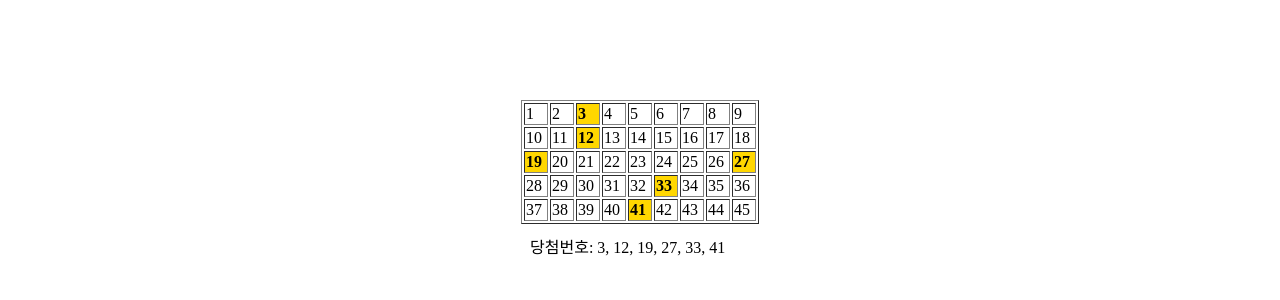
Repository: kkw3202/Jsp2026
Page: http://localhost/chapter01/example_lotto.jsp
An editor plug-in stored every save of this project. The page is shown before and after the next save, followed by the edit.
The browser window is 1280 px wide. The pictures show the whole page.
The page is served by Tomcat 9.

Above is the page before, as saved 2026-10-16 06:39:40.

After the next save:
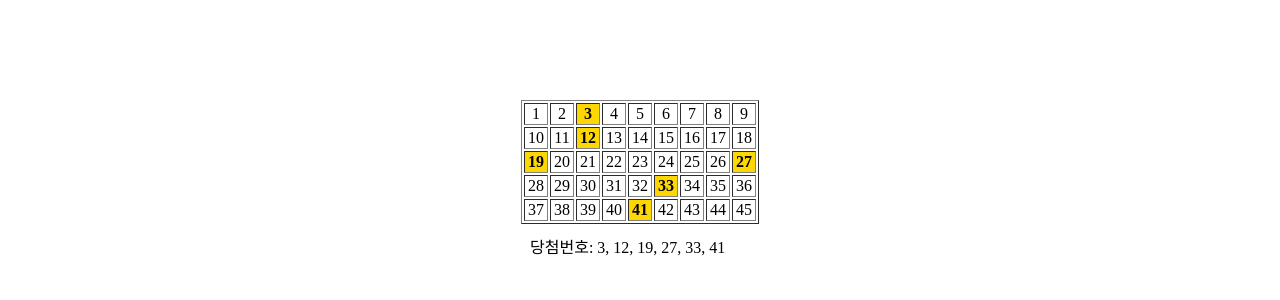
Saved 26 s later.
--- a/chapter01/src/main/webapp/example_lotto.jsp
+++ b/chapter01/src/main/webapp/example_lotto.jsp
@@ -20,7 +20,7 @@
 		return result;
 	}
 	%>
-	<table border="1px" style="margin: 100px auto 10px auto;" >
+	<table border="1px" style="margin: 100px auto 10px auto; text-align: center" >
 		<tbody>
 			<%
 			int numPrt = 0;
